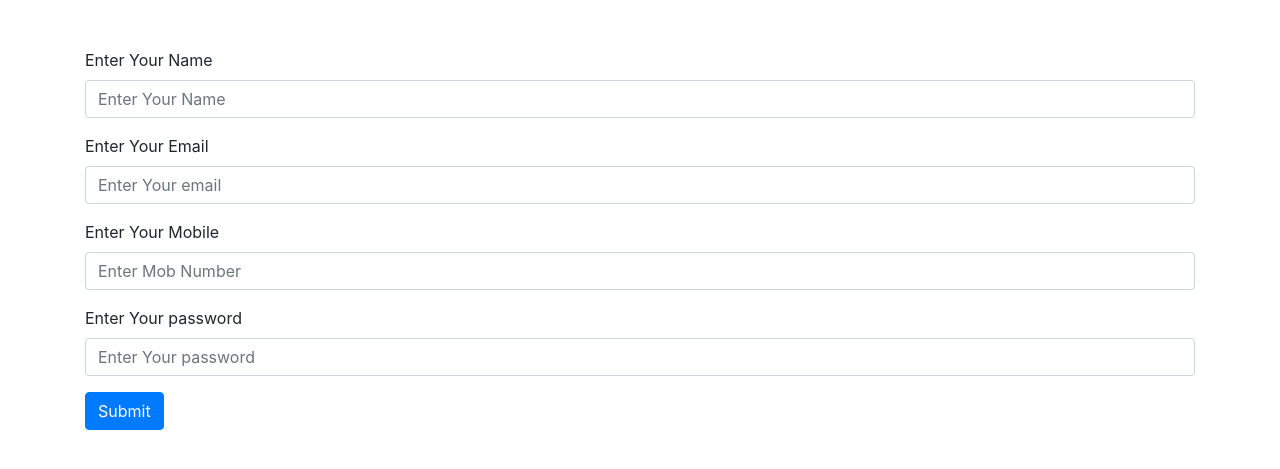
Repository: AMIT1439027/crud-app
Page: http://localhost/user.php
These files come from the project's save history. The page is drawn as it stood at one moment and after a run of saves; the edit follows.
The browser window is 1280 px wide. The pictures show the whole page.
The page is run by PHP 8.4 with error messages shown; the project is at /var/www/html/.

Above is the page before, as saved 2024-04-25 10:14:52.

### user.php
<?php
 include('connect.php');


?>


<!doctype html>
<html lang="en">
  <head>
    <!-- Required meta tags -->
    <meta charset="utf-8">
    <meta name="viewport" content="width=device-width, initial-scale=1, shrink-to-fit=no">

    <!-- Bootstrap CSS -->
    <link rel="stylesheet" href="https://cdn.jsdelivr.net/npm/bootstrap@4.0.0/dist/css/bootstrap.min.css" integrity="sha384-Gn5384xqQ1aoWXA+058RXPxPg6fy4IWvTNh0E263XmFcJlSAwiGgFAW/dAiS6JXm" crossorigin="anonymous">

    <title>Crud Operation</title>
  </head>
  <body>
  <div class="container my-5">

  <form method ="post">
  <div class="form-group">
    <label >Enter Your Name</label>
    <input type="text" name ="name"  class="form-control" placeholder="Enter Your Name " autocomplete="off">

  </div>

  <div class="form-group">
    <label >Enter Your Email</label>
    <input type="email" name ="email"  class="form-control" placeholder="Enter Your email ">

  </div>
  <div class="form-group">
    <label >Enter Your Mobile</label>
    <input type="text" name ="mobile"  class="form-control" placeholder="Enter Mob Number  ">

  </div>
  <div class="form-group">
    <label >Enter Your password</label>
    <input type="password" name ="password"  class="form-control" placeholder="Enter Your password">

  </div>
  <button type="submit" name ='submit' class="btn btn-primary">Submit</button>
</form>
  </div>

  </body>
</html>

### connect.php
<?php
  $con = new mysqli('localhost', 'root', 'mysql143', 'crudoperation');

  if(!$con){
    // echo " Connection successful";
    die(mysqli_error($con));
  }
//   }else{
//     die(mysqli_error($con));
//   }

?>

After the next 3 saves:
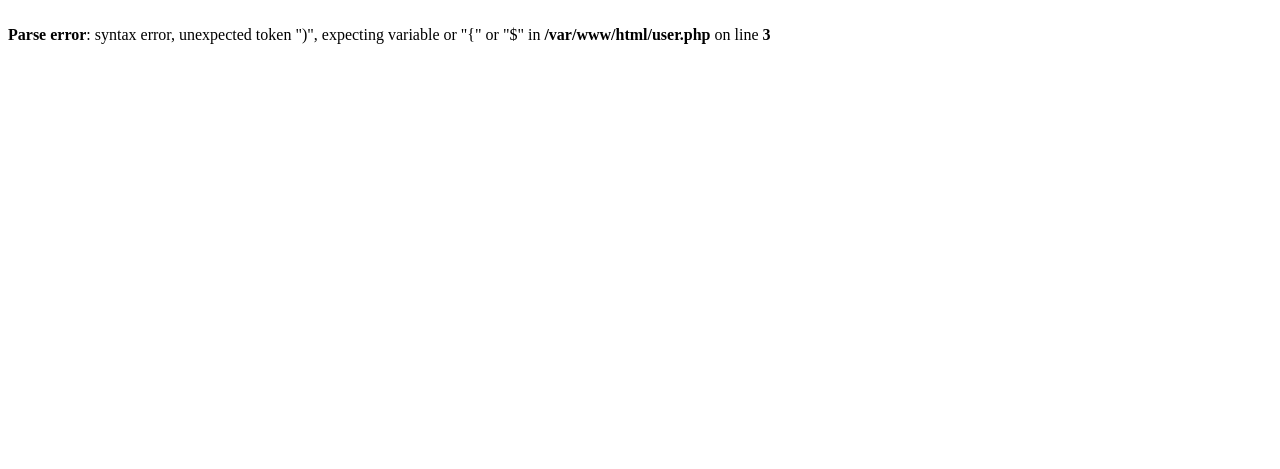
The 3 saves are shown as one change because they came seconds apart.
The last was saved 19 s later.
--- a/user.php
+++ b/user.php
@@ -1,6 +1,6 @@
 <?php
  include('connect.php');
-
+if(isset($))
 
 ?>
 

After the save that followed:
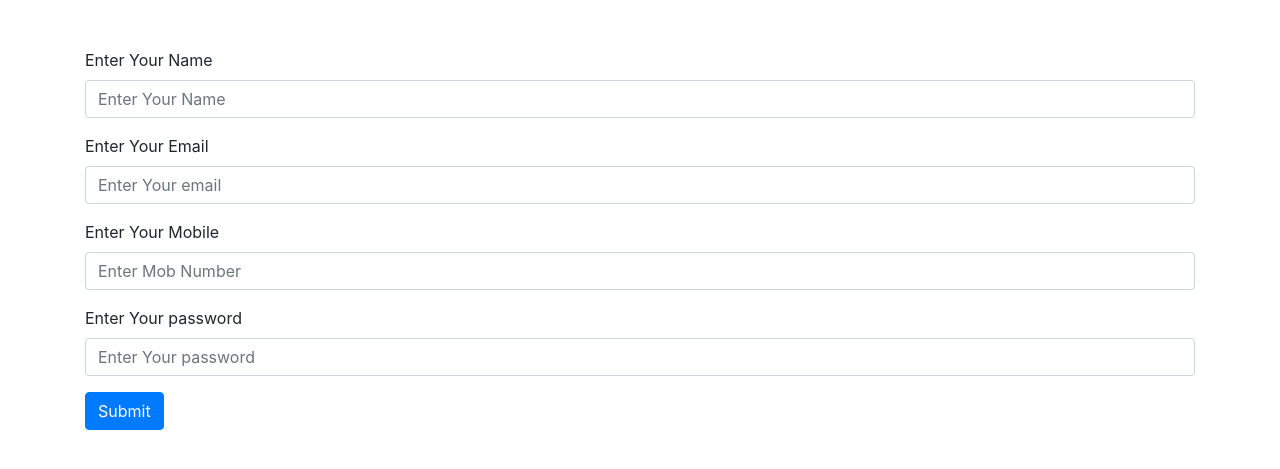
Saved 4 s later.
--- a/user.php
+++ b/user.php
@@ -1,6 +1,6 @@
 <?php
  include('connect.php');
-if(isset($))
+if(isset($_POST))
 
 ?>
 
